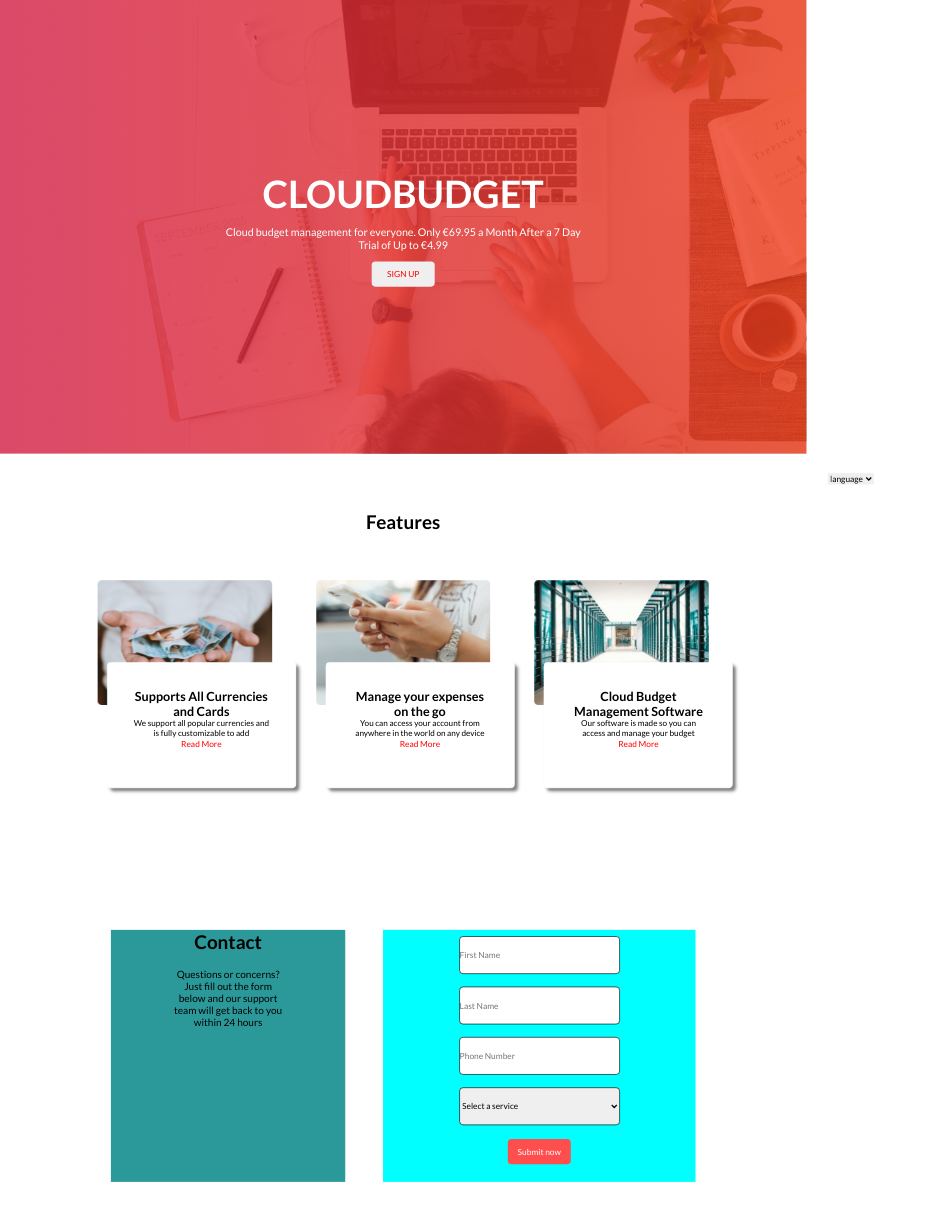
Repository: havvanurrana/website3
Page: index.html
These files come from the project's save history. The page is drawn as it stood at one moment and after the next save; the edit follows.
The browser window is 1280 px wide. The page is 1490 px wide, so the pictures cover 1490 px, including what lies to the right of the window. The pictures show the whole page, at 63% of full size.

Above is the page before, as saved 2024-08-02 18:59:29.

### index.html
<!DOCTYPE html>
<html lang="tr">
  <head>
    <meta charset="UTF-8" />
    <meta name="viewport" content="width=device-width, initial-scale=1.0" />
    <title>CloudBudget</title>
    <link rel="stylesheet" href="style.css" />
    <link
      rel="stylesheet"
      href="https://cdnjs.cloudflare.com/ajax/libs/font-awesome/6.5.2/css/all.min.css"
      integrity="sha512-SnH5WK+bZxgPHs44uWIX+LLJAJ9/2PkPKZ5QiAj6Ta86w+fsb2TkcmfRyVX3pBnMFcV7oQPJkl9QevSCWr3W6A=="
      crossorigin="anonymous"
      referrerpolicy="no-referrer"
    />
    <link
      href="https://fonts.googleapis.com/css2?family=Lato:wght@400;700&display=swap"
      rel="stylesheet"
    />
  </head>
  <body>
    <section class="overview-section">
        <div class="linear-gradient"></div>
        <div class="content">
            <h3>CLOUDBUDGET</h3>
            <p>
                Cloud budget management for everyone. Only €69.95 a Month After a 7
                Day Trial of Up to €4.99
            </p>
            <button>SIGN UP</button>
        </div>
    </section>
    <header class="header-menu">
        <div class="markaamblem">
            <img src="assets/cloud.png" />
            <h3>CloudBudget</h3>
        </div>
        <nav class="navbar">
            <a href="#" class="navbarsect">Overview</a>
            <a href="#" class="navbarsect">Features</a>
            <a href="#" class="navbarsect">Technology</a>
            <a href="#" class="navbarsect">Contact</a>
            <a href="#" class="navbarsect">Sign Up</a>
        </nav>
        <div class="buttons">
            <button>LOG IN</button>
            <button>
                <select id="language" name="language">
                    <option value="">language</option>
                    <option value="uk">UK</option>
                    <option value="turk">Turkish</option>
                    <option value="sp">Spanish</option>
                    <option value="fr">French</option>
                </select>
            </button>
                <div class="toggle-menu">
                    <button>
                        <i class="fas fa-bars"></i>
                    </button>
                </div>
        </div>
    </header>

    <!--features kısmı -->
    <div class="featureshead">
        <h1>Features</h1>
    </div>
    <div class="features">
        <div class="featuressection">
            <div class="img">
                <img src="../assets/money.png" />
            </div>
            <div class="featurescard">
                <div>
                    <h1>Supports All Currencies and Cards</h1>
                </div>
                <div>
                    <p>
                        We support all popular currencies and is fully customizable to add
                    </p>
                </div>
                <button>Read More</button>
            </div>
      </div>
      <div class="featuressection">
          <div>
                <div class="img">
                    <img src="../assets/hand.png" />
                </div>
                <div class="featurescard">
                    <h1>Manage your expenses on the go</h1>
                        <p>
                          You can access your account from anywhere in the world on any
                          device
                        </p>
                    <button>Read More</button>
                </div>
            </div>
      </div>
          <div class="featuressection">
              <div>
                    <div class="img">
                        <img src="../assets/building.png" />
                    </div>
                    <div class="featurescard">
                          <h1>Cloud Budget Management Software</h1>
                          <p>Our software is made so you can access and manage your budget</p>
                          <button>Read More</button>
                    </div>
              </div>
          </div>
    </div>
    <!--contact kısmı-->
    <section >
        <div class="contact">
        <div class="contact-text">
            <h1>Contact</h1>
            <br><br>
            <p>
              Questions or concerns? Just fill out the form below and our support
              team will get back to you within 24 hours
            </p>
        </div>
        <div class="input">
            <input
            type="text"
            id="username"
            name="username"
            placeholder="First Name"
            />
            <input
            type="text"
            id="username"
            name="username"
            placeholder="Last Name"
            />
            <input
            type="text"
            id="username"
            name="username"
            placeholder="Phone Number"
            />

            <select id="service" name="service">
            <option value="">Select a service</option>
            <option value="service1">Service 1</option>
            <option value="service2">Service 2</option>
            <option value="service3">Service 3</option>
            <option value="service4">Service 4</option>
            </select>
            <br><br>
            <button>Submit now</button>
        </div>
    </div>
    </section>
    <script>
    </script>
  </body>
</html>

### style.css
/* genel*/
*{
   margin:0;
   padding: 0;
   box-sizing: border-box;
   outline: none;
   border: none;
   text-decoration: none;
   font-family: Lato;
}

html {
    font-size: 62.5%;
    overflow-x: hidden;
    scroll-behavior: smooth;
    scroll-padding-top: 9rem ;
 }
h1{
   font-size: 30px;
}
 /* header menu ve  amblem ve ilk ekran cssleri*/

.markaamblem{
   display: flex;
   justify-content: flex-start;
   color: white;
}

.header-menu{
   width: 1400px;
   display: flex;
   justify-content: space-between;
   align-items: center ;
   padding: 0 7%;
   margin: 2rem 7%;
   z-index: 3;
   top: 0;
  /* position:absolute;*/
}
.header-menu .markaamblem img{
   height: 4rem;
}
.header-menu .navbar a{
   margin: 0 1rem;
   font-size: 1.6rem;
   color: white;
   z-index: 2;
}
  .header-menu button{
   border: 1px , solid, rgb(255, 255, 255);
   border-radius: 6px;
   color:rgb(255, 255, 255);
   width: 100px;
   height: 40px;
   gap: 0px;
   background-color: transparent;
}
 .header-menu .buttons{
   padding-left: 10px;
  /* left: 1000px;*/
   display: flex;
   justify-content: flex-end;
 /* position: absolute;*/
}
.overview-section{
   min-height: 100vh;
   display: flex;
   text-align: center;
   align-items: center;
   justify-content: center;
   background:  url(../assets/image1.png)
   no-repeat;
   background-size: cover;
  /* margin-top: -9.5rem;*/
}

.overview-section .content {
   max-width: 60rem;
   margin: 0.5rem;
   z-index: 2;
}
.overview-section .content h3{
   font-size: 6rem;
   margin: 0.5rem;
   color: white;
}
.overview-section .content p{
   font-size: 1.7rem;
   margin: 1.5rem;
   color: white;
}
.overview-section .content button{
   border:1px;
   width: 100px;
   height: 40px;
   border-radius: 6px;
   color: red;

}

.linear-gradient{
   min-height: 100vh;
   width: 100%;
   display: flex;
   z-index: 1;
   background: linear-gradient(90deg, rgba(213, 32, 71, 0.8) 0%, rgba(238, 61, 27, 0.8) 100%);
   position: absolute;
}

/* features kısmı*/
/* başlık*/
.featureshead{
   text-align: center;
   justify-content: center;
   margin: 1rem;
   padding: 1rem;
}
/* Kartlar*/
.features{
   display: grid;
   grid-template-columns: repeat(auto-fit, minmax(30rem, 1fr));
   margin:3rem;
   padding: 0 7%;
}
.featurescard{
   border-radius:0.6rem;
   border: 1px, solid, rgb(255, 255, 255);
   width: 30rem;
   height: 20rem;
   text-align: center;
   justify-content: center;
   align-items: center;
   padding: 4rem;
   margin: 3rem;
   background-color: white;
   transform: translate(-5%,-50%);
   box-shadow: 5px 5px 5px rgba(0, 0, 0,0.5);
}
.featuressection{
   justify-content: center;
   align-items: center;
   margin: 1rem;
   padding: 2.5rem;
}
.features img{
   width: 100%;
   object-fit: cover;
}
.featurescard h1{
   font-size: 2rem;
}
.featurescard p{
   font-size: 1.3rem;
}
.featurescard button{
   border: none;
   background-color: transparent;
   color: red;
}

/*Contact kısmı */

.contact{
   display: flex;
   flex-direction: row;
   margin: 2rem;
   justify-content: center;
}
.contact div{
   text-align: center;
   justify-content:center;
   align-items: center;
   padding: 0 8%;
   margin: 3rem;
}
.contact h1{
   font-size: 30px;
}
.contact p{
   font-size: 16px;
}
 .contact .contact-text{
width: 30%;
height: 40rem;
background-color: rgb(43, 153, 153);
}
input{
   width: 255px;
   height: 60px;
   border: 1px, solid, black;
   border-color: rgb(0, 0, 0);
   border-radius: 6px;
   margin: 1rem;
}
.contact select{
   width: 255px;
   height: 60px;
   border: 1px, solid, black;
   border-color: rgb(0, 0, 0);
   border-radius: 6px;
   margin: 1rem;
}
.contact button{
   width: 100px;
   height: 40px;
   border-radius: 6px;
   color: white;
   background-color: rgb(254, 78, 78);
}
.contact .input{
   width: 40%;
   height: 40rem;
   align-items: center;
   justify-content: center;
   background-color: aqua;
   text-align: center;
}

/* toggle menu*/

.toggle-menu {
   display: none;
}


/* toggle menu*/

.toggle-menu {
   display: none;
}

/*.contact-text{
   width: 60%;
   height: 700px;
}*/
input{
   width: 255px;
   height: 60px;
   border: 1px, solid, black;
   border-color: rgb(0, 0, 0);
   border-radius: 6px;
   margin: 1rem;
}
.contact select{
   width: 255px;
   height: 60px;
   border: 1px, solid, black;
   border-color: rgb(0, 0, 0);
   border-radius: 6px;
}
.contact button{
   width: 100px;
   height: 40px;
   border-radius: 6px;
   color: white;
   background-color: rgb(254, 78, 78);
}

*/
/* toggle menu ve responsive kısım*/

.toggle-menu {
   display: none;
}
 /*
@media (max-width: 1200px) {
   .navbar {
       display: none;
   }
   .toggle-menu {
       display: block;
       left: 90%;
       position: absolute;
   }
   .contact {
      flex-direction: column;
      align-items: center;
}

.contact-text, .contact div {
      width: 100%;
      padding: 0;
      margin: 1rem 0;
}

.toggle-menu.active + .navbar {
   display: flex;
   flex-direction: column;
   position: absolute;
   top: 100%;
   left: 0;
   right: 0;
   background-color: #333;
   z-index: 1;
}

.toggle-menu button {
   background: none;
   border: none;
   color: white;
   font-size: 2rem;
}

}*/

After the next save:
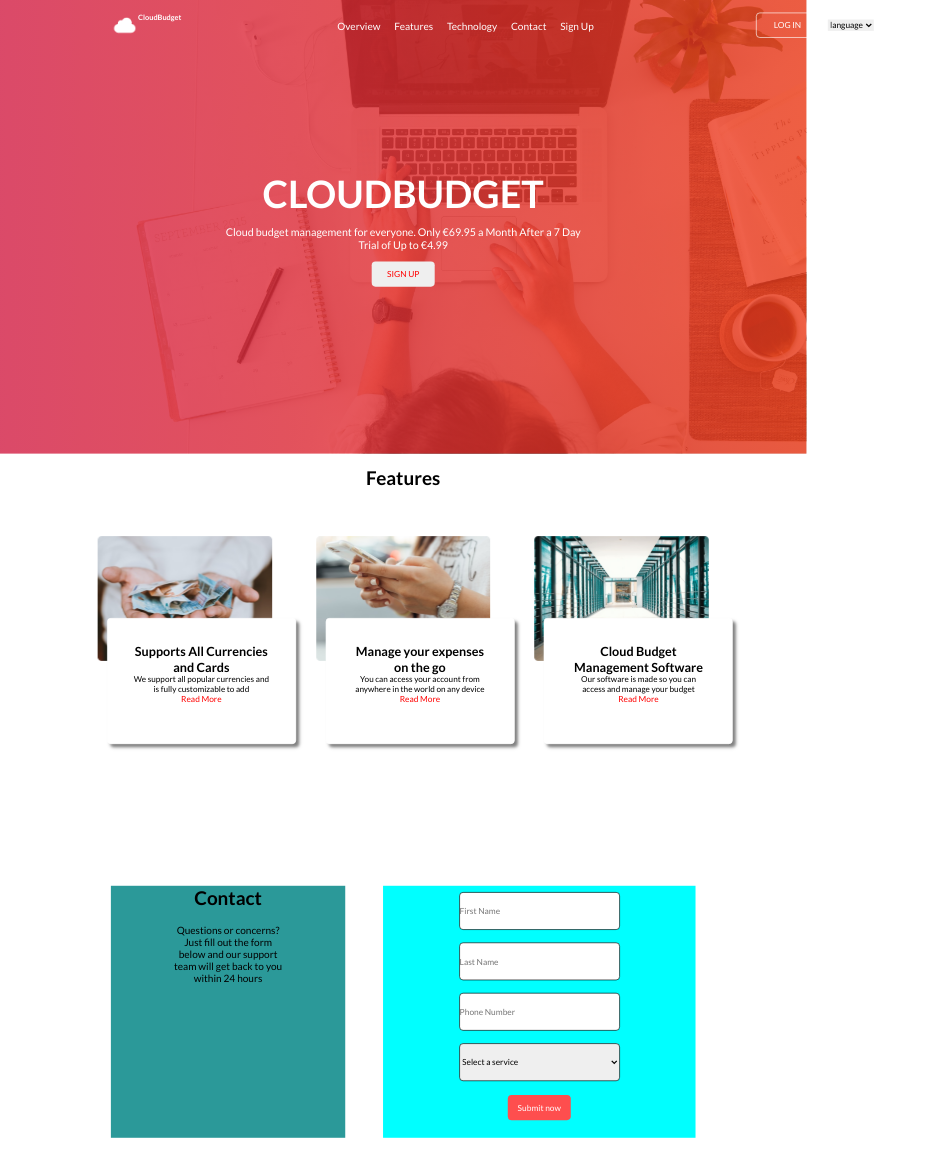
Saved 52 s later.
--- a/style.css
+++ b/style.css
@@ -35,7 +35,7 @@ h1{
    margin: 2rem 7%;
    z-index: 3;
    top: 0;
-  /* position:absolute;*/
+   position:absolute;
 }
 .header-menu .markaamblem img{
    height: 4rem;
